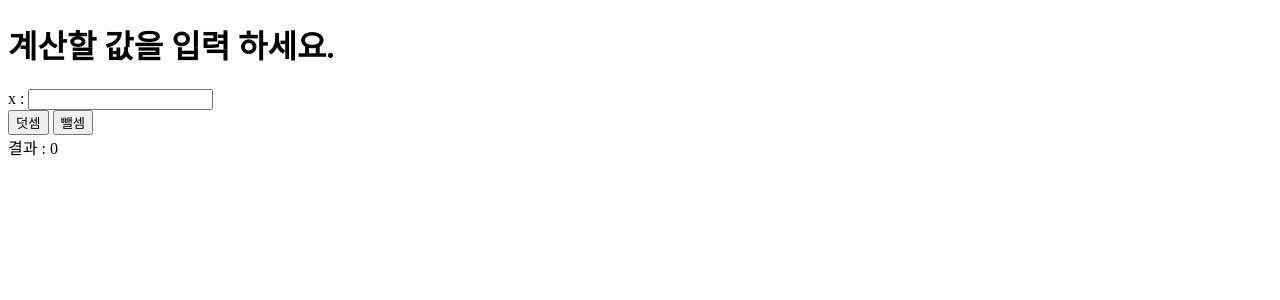
Repository: soyamilk0705/spring-newlecture
Page: ServeltAndJsp/JSPPrj/WebContent/calc2.html
An editor plug-in stored every save of this project. The page is shown before and after the next save, followed by the edit.
The browser window is 1280 px wide. The pictures show the whole page.

Above is the page before, as saved 2024-01-09 13:15:10.

### ServeltAndJsp/JSPPrj/WebContent/calc2.html
<!DOCTYPE html>
<html>
<head>
<meta charset="UTF-8">
<title>Insert title here</title>
</head>
<body>
	<h1>계산할 값을 입력 하세요.</h1>
	<form action="/calc" method="post">
		<div>
			<label>x : </label>
			<input type="text" name="v">
		</div>
		<div>
			<input type="submit" name="operator" value="덧셈">
			<input type="submit" name="operator" value="뺄셈">
		</div>
		<div>
			결과 : 0
		</div>
	</form>
</body>
</html>

After the next save:
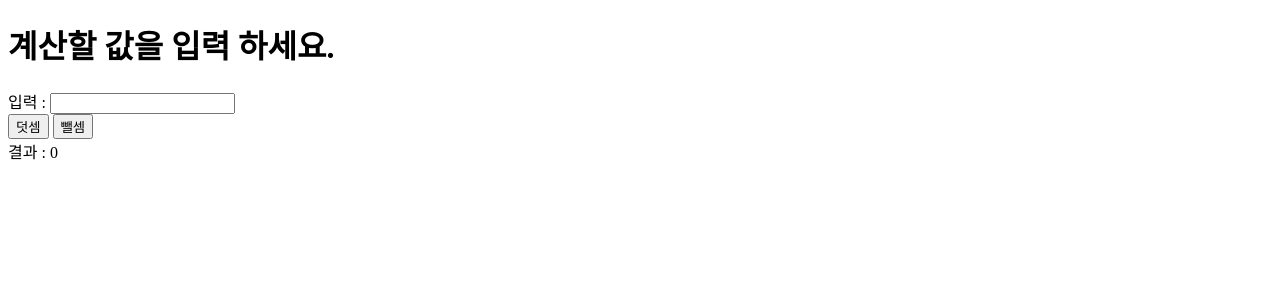
Saved 7 s later.
--- a/ServeltAndJsp/JSPPrj/WebContent/calc2.html
+++ b/ServeltAndJsp/JSPPrj/WebContent/calc2.html
@@ -8,7 +8,7 @@
 	<h1>계산할 값을 입력 하세요.</h1>
 	<form action="/calc" method="post">
 		<div>
-			<label>x : </label>
+			<label>입력 : </label>
 			<input type="text" name="v">
 		</div>
 		<div>
